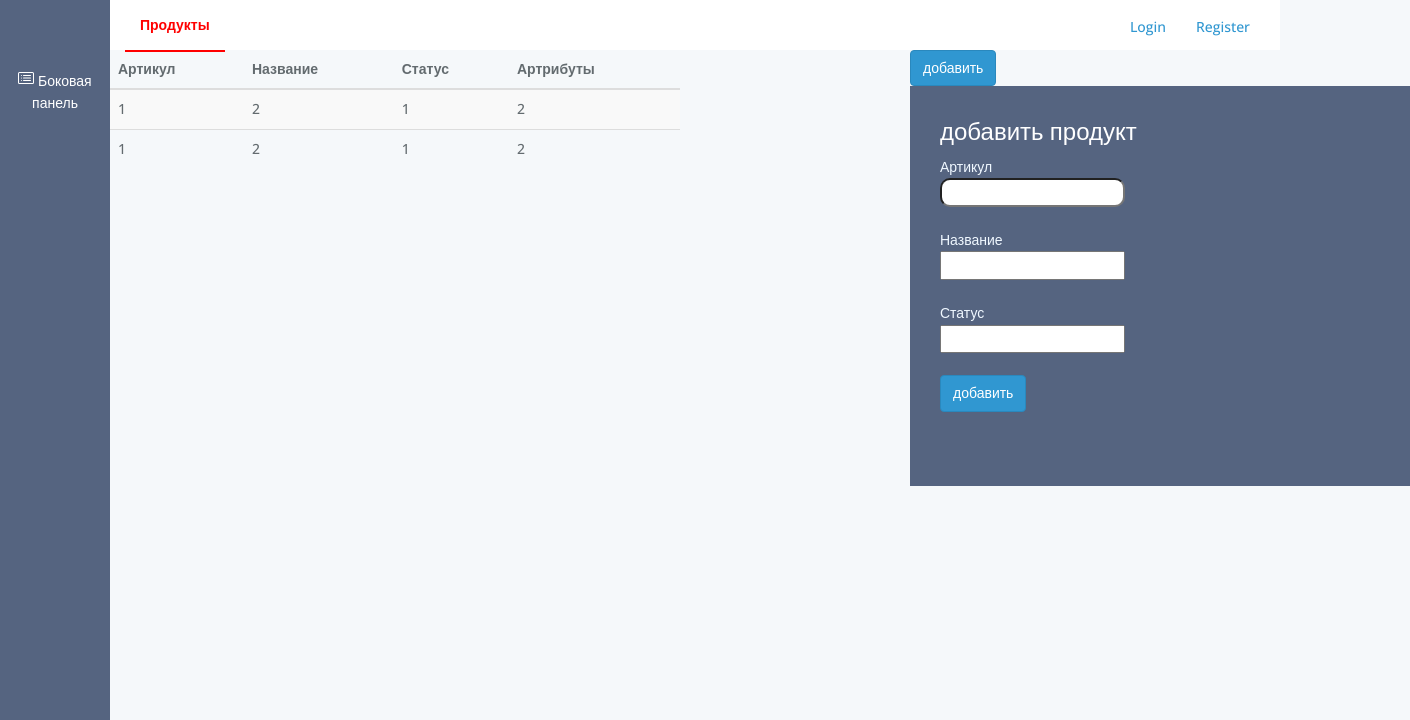
Repository: blackjack043/laravel-crud
Page: http://localhost/page2
These files come from the project's save history. The page is drawn as it stood at one moment and after the next save; the edit follows.
The browser window is 1280 px wide. The page is 1410 px wide, so the pictures cover 1410 px, including what lies to the right of the window. The pictures show the whole page.
Some web fonts or font styles are not loaded; a fallback is used. The page is served by the project's Laravel application, run on PHP 8.4 with Laravel 8. Other server files are loaded and not shown.

Above is the page before, as saved 2022-03-07 16:11:12.

### routes/web.php
<?php

/*
|--------------------------------------------------------------------------
| Web Routes
|--------------------------------------------------------------------------
|
| Here is where you can register web routes for your application. These
| routes are loaded by the RouteServiceProvider within a group which
| contains the "web" middleware group. Now create something great!
|
*/
use Illuminate\Http\Request;
use App\Contact12;


Route::get('/', function () {
    return view('welcome');
});

Route::get('/page2', function () {
    return view('page2');
});



Route::post('/profile', 'ContactController@submit');

Auth::routes();

Route::get('/home', 'HomeController@index');

Auth::routes();

Route::get('/home', 'HomeController@index');

### resources/views/page2.blade.php
@extends('layouts.app2')

@section('content')
<div>
    <div class="row">

        <div class="col-md-6 ">


<!--         @if($errors->any())
            <div style=>
            @foreach ($errors->all() as $error)
            <div >
                {{$error}}
            </div>
            @endforeach
            </div>
         @endif
<form  method="POST" action="/profile">
{{ csrf_field() }}

                <div class="row" >
  <div class="col-md-2" ><h4>Название</h4></div>
  <div class="col-md-10">
<div class="input-group" >
<input type="text" name="label" class="form-control"  aria-describedby="sizing-addon2">
                </div></div>
</div>

<div class="row">
  <div class="col-md-2"><h4>Исполнитель</h4></div>
  <div class="col-md-10">
    <select name="ispolnitel">
    <option value="cherkesov">Черкесов В.А.</option>
    <option value="matancev">Матанцев Е.Р.</option>
    </select>
</div>
</div>

<div class="row">
  <div class="col-md-2"><h4>Описание задачи</h4></div>
  <div class="col-md-8">
		<textarea name="text" class="form-control" rows="3"></textarea>
</div>



</div>
<input type="submit" class="btn btn-primary">
</form> -->


<table class="table table-striped table-hover">
    <thead>
        <tr>
            <th>Артикул</th>
            <th>Название</th>
            <th>Статус</th>
            <th>Артрибуты</th>
            </tr>

    </thead>

    <tbody>
        <tr>
            <td>1</td>
            <td>2</td>
            <td>1</td>
            <td>2</td>
        </tr>
        <tr>
            <td>1</td>
            <td>2</td>
            <td>1</td>
            <td>2</td>
        </tr>
    </tbody>
</table>


                </div>
                <div class="col-md-4 col-md-offset-2">
        <button class="btn btn-primary">добавить</button>
<div style="background-color: #556480;width:500px;height: 400px;padding-left:30px;padding-top:10px;">
    <div style="color: white"><h3>добавить продукт</h3></div>

    <div> <span style="color:aliceblue"> Артикул </span> </div>
    <div><input type="text" style="border-radius: 10px;"/> </div>
    <br>
    <div> <span style="color:aliceblue"> Название </span> </div>
    <div><input type="text" /> </div>
    <br>
    <div> <span style="color:aliceblue"> Статус </span> </div>
    <div><input type="text" /> </div>
    <br>
    <button class="btn btn-primary">добавить</button>
</div>
        </div>



            </div>
        </div>






@endsection

### resources/views/layouts/app2.blade.php
<!DOCTYPE html>
<html lang="en">
<head>
    <meta charset="utf-8">
    <meta http-equiv="X-UA-Compatible" content="IE=edge">
    <meta name="viewport" content="width=device-width, initial-scale=1">
    <link rel="preconnect" href="https://fonts.googleapis.com">
<link rel="preconnect" href="https://fonts.gstatic.com" crossorigin>
<link href="https://fonts.googleapis.com/css2?family=Open+Sans:wght@300;500;700&display=swap" rel="stylesheet">
    <!-- CSRF Token -->
    <meta name="csrf-token" content="{{ csrf_token() }}">

    <title>{{ config('app.name', 'Laravel') }}</title>

    <!-- Styles -->
    <link href="/css/app.css" rel="stylesheet">

    <!-- Scripts -->
    <script>
        window.Laravel = <?php echo json_encode([
            'csrfToken' => csrf_token(),
        ]); ?>
    </script>
</head>
<body style="font-family: 'Open Sans', sans-serif;">
    <div id="app" style="display: flex;">
        <div style="width:200px; height:100vh;background: #556480;color: white; font-size: 14px;text-align: center; padding-top:70px" >

        <svg xmlns="http://www.w3.org/2000/svg" width="16" height="16" fill="currentColor" class="bi bi-card-list" viewBox="0 0 16 16">
  <path d="M14.5 3a.5.5 0 0 1 .5.5v9a.5.5 0 0 1-.5.5h-13a.5.5 0 0 1-.5-.5v-9a.5.5 0 0 1 .5-.5h13zm-13-1A1.5 1.5 0 0 0 0 3.5v9A1.5 1.5 0 0 0 1.5 14h13a1.5 1.5 0 0 0 1.5-1.5v-9A1.5 1.5 0 0 0 14.5 2h-13z"/>
  <path d="M5 8a.5.5 0 0 1 .5-.5h7a.5.5 0 0 1 0 1h-7A.5.5 0 0 1 5 8zm0-2.5a.5.5 0 0 1 .5-.5h7a.5.5 0 0 1 0 1h-7a.5.5 0 0 1-.5-.5zm0 5a.5.5 0 0 1 .5-.5h7a.5.5 0 0 1 0 1h-7a.5.5 0 0 1-.5-.5zm-1-5a.5.5 0 1 1-1 0 .5.5 0 0 1 1 0zM4 8a.5.5 0 1 1-1 0 .5.5 0 0 1 1 0zm0 2.5a.5.5 0 1 1-1 0 .5.5 0 0 1 1 0z"/>
</svg>
<span style="padding-top: 0px"> Боковая панель</span>
       </div>
        <div style="display:inline; ">
        <nav class="" style="height: 50px; background: white; color:#f5f5f5">
            <div class="container">
                <div class="navbar-header">

                </div>

                <div style="display: flex; justify-content:space-between">
                    <!-- Left Side Of Navbar -->
                    <ul class="nav navbar-nav navbar-left">
                        &nbsp;
                        <li style="border-bottom: 2px solid red; color: red"><a href="#" style="color: red; font-weight: bold">Продукты</a></li>
                    </ul>

                    <!-- Right Side Of Navbar -->
                    <ul class="nav navbar-nav " style="align-self:flex-end">
                        <!-- Authentication Links -->
                        @if (Auth::guest())
                            <li><a href="{{ url('/login') }}">Login</a></li>
                            <li><a href="{{ url('/register') }}">Register</a></li>
                        @else
                            <li class="dropdown">
                                <a href="#" class="dropdown-toggle" data-toggle="dropdown" role="button" aria-expanded="false">
                                    {{ Auth::user()->name }} <span class="caret"></span>
                                </a>

                                <ul class="dropdown-menu" role="menu">
                                    <li>
                                        <a href="{{ url('/logout') }}"
                                            onclick="event.preventDefault();
                                                     document.getElementById('logout-form').submit();">
                                            Logout
                                        </a>

                                        <form id="logout-form" action="{{ url('/logout') }}" method="POST" style="display: none;">
                                            {{ csrf_field() }}
                                        </form>
                                    </li>
                                </ul>
                            </li>
                        @endif
                    </ul>
                </div>
            </div>
        </nav>

        @yield('content')
    </div>
    </div>
    <!-- Scripts -->
    <script src="/js/app.js"></script>
</body>
</html>

Loaded but not shown: app/Http/Controllers/Auth/LoginController.php (common file); app/Http/Controllers/Controller.php (common file); public/css/app.css (library); public/js/app.js (library)

After the next save:
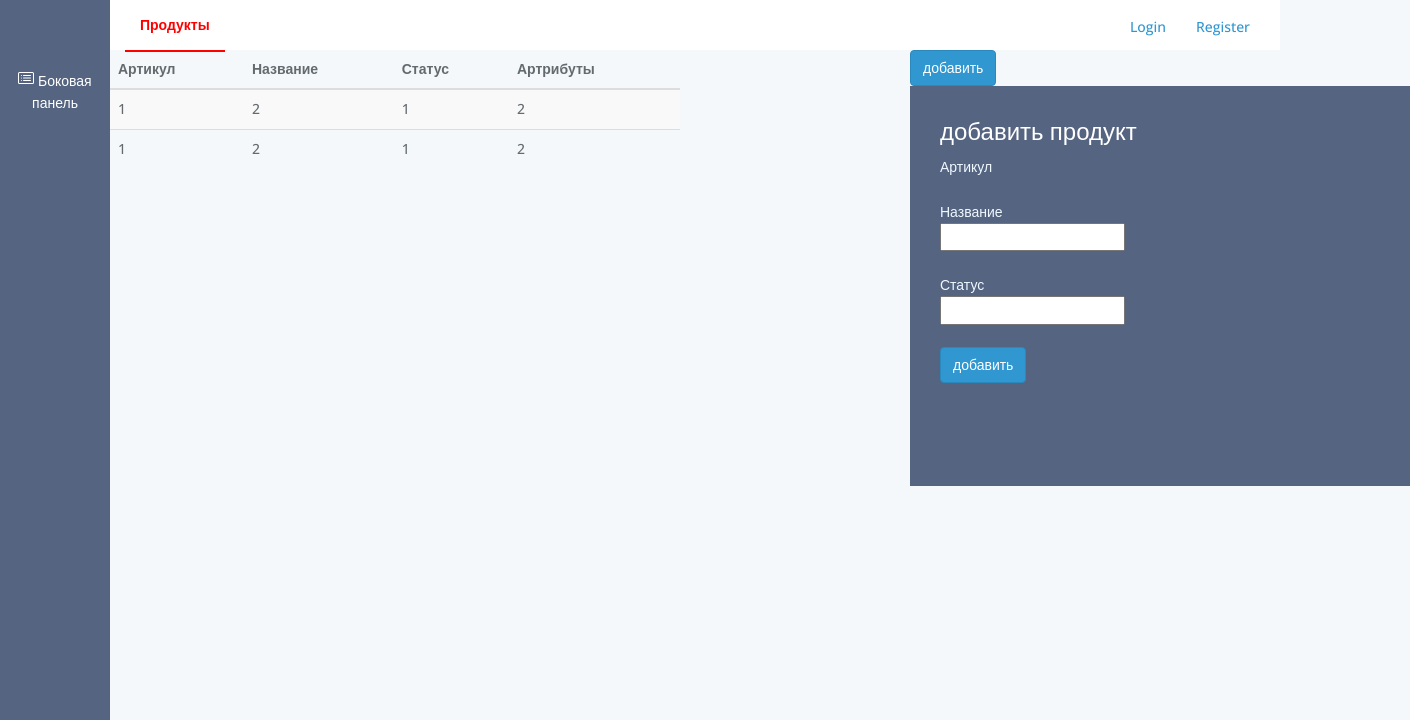
Saved 2 min 11 s later.
--- a/resources/views/page2.blade.php
+++ b/resources/views/page2.blade.php
@@ -85,7 +85,7 @@
     <div style="color: white"><h3>добавить продукт</h3></div>
 
     <div> <span style="color:aliceblue"> Артикул </span> </div>
-    <div><input type="text" style="border-radius: 10px;"/> </div>
+    <div style="border-radius: 10px; ><input type="text" /> </div>
     <br>
     <div> <span style="color:aliceblue"> Название </span> </div>
     <div><input type="text" /> </div>

After the save that followed:
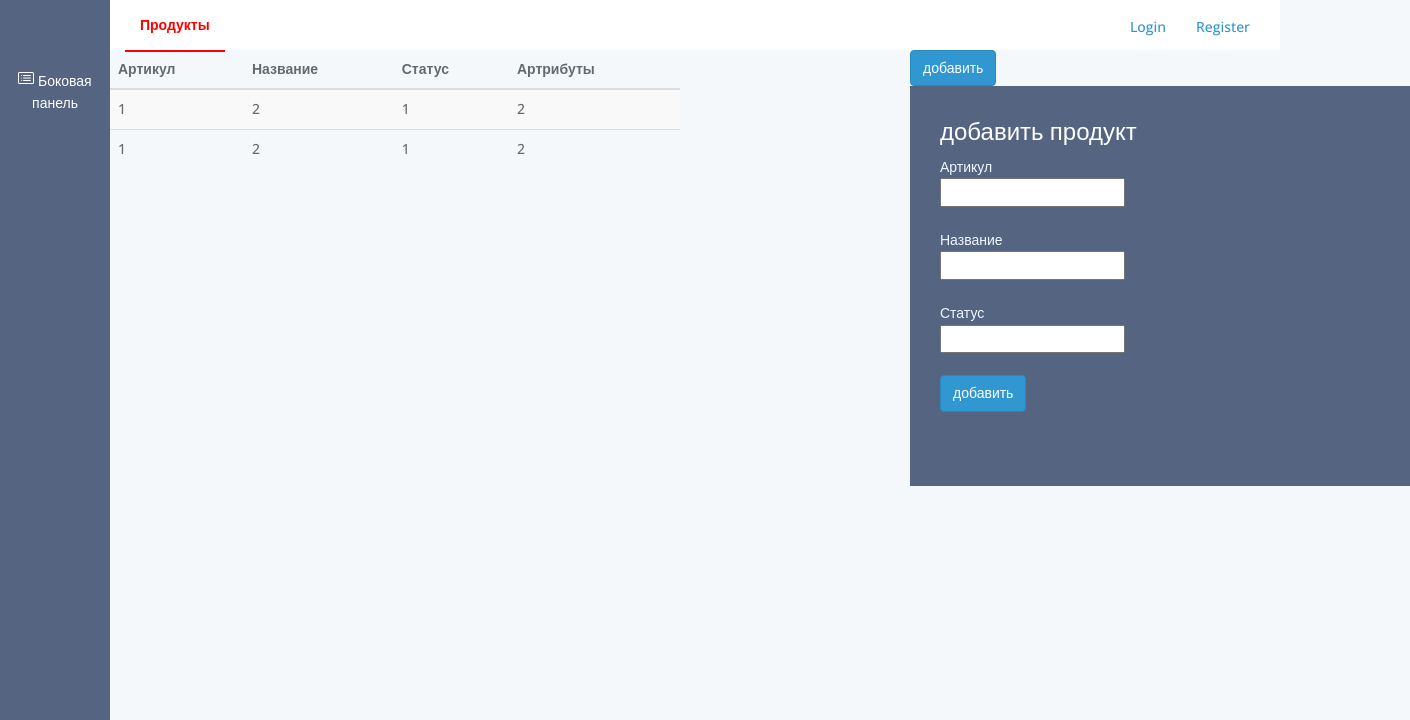
Saved 4 s later.
--- a/resources/views/page2.blade.php
+++ b/resources/views/page2.blade.php
@@ -85,7 +85,7 @@
     <div style="color: white"><h3>добавить продукт</h3></div>
 
     <div> <span style="color:aliceblue"> Артикул </span> </div>
-    <div style="border-radius: 10px; ><input type="text" /> </div>
+    <div style="border-radius: 10px;"><input type="text" /> </div>
     <br>
     <div> <span style="color:aliceblue"> Название </span> </div>
     <div><input type="text" /> </div>
